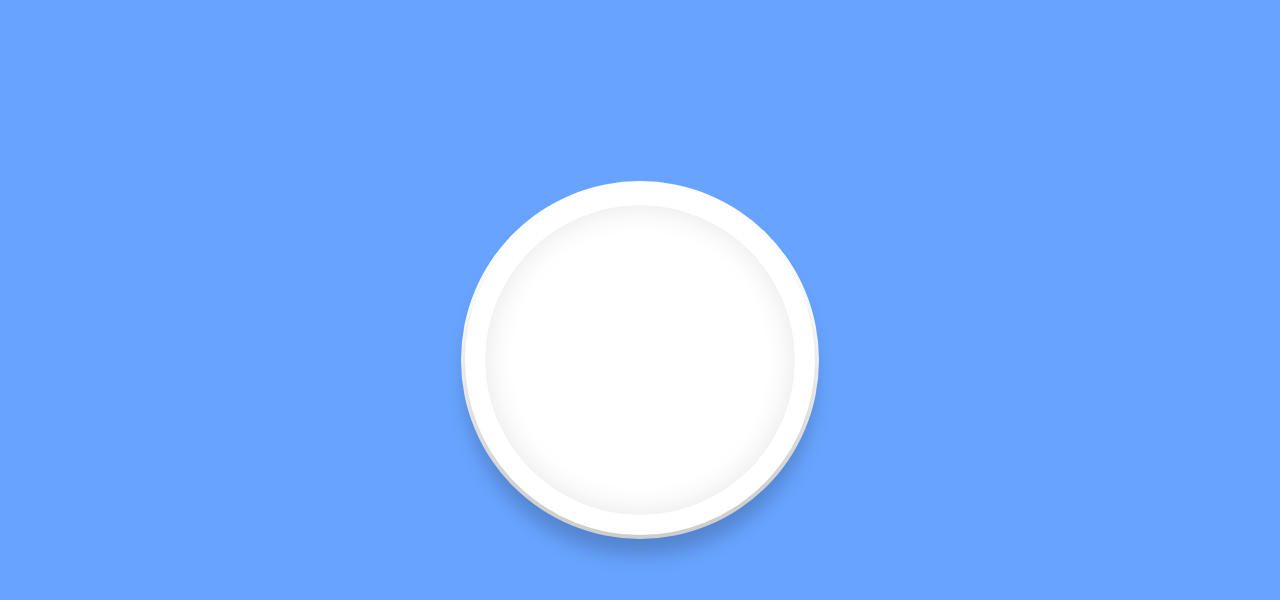
Repository: DaNiels89/analog-clock
Page: index.html
An editor plug-in stored every save of this project. The page is shown before and after the next save, followed by the edit.
The browser window is 1280 px wide. The pictures show the whole page.

Above is the page before, as saved 2020-06-20 11:44:05.

### index.html
<!DOCTYPE html>
<html lang="en">

<head>
    <meta charset="UTF-8">
    <meta name="viewport" content="width=device-width, initial-scale=1.0">
    <title>Analog Clock</title>
    <!-- <link rel="stylesheet" href="css/styles.css"> -->
    <link rel="stylesheet" href="css/lightstyles.css">
</head>

<body>
    <div class="clock">
        <div class="hour">
            <div class="hr" id="hr"></div>
        </div>
        <div class="min">
            <div class="mn" id="mn"></div>
        </div>
        <div class="sec">
            <div class="sc" id="sc"></div>
        </div>
    </div>

    <script src="js/main.js"></script>
</body>

</html>

### css/lightstyles.css
* {
    margin: 0;
    padding: 0;
    box-sizing: border-box;
  }

  body {
    display: flex;
    justify-content: center;
    align-items: center;
    min-height: 100vh;
    background: #68a4ff
  }

  .clock {
    width: 350px;
    height: 350px;
    display: flex;
    justify-content: center;
    align-items: center;
    background: #fff;
    border-radius: 50%;
    border: 20px solid #fff;
    box-shadow: inset 0 0 30px rgba(0,0,0,.1),
                0 20px 20px rgba(0,0,0,.2),
                0 0 0 4px rgba(255,255,255,1);
  }

  /* .clock::before {
    content: "";
    position: absolute;
    width: 15px;
    height: 15px;
    background: #fff;
    border-radius: 50%;
    z-index: 10000;
  }

  .clock .hour,
  .clock .min,
  .clock .sec {
    position: absolute;
  }

  .clock .hour, .hr {
    width: 160px;
    height: 160px;
  }

  .clock .min, .mn {
    width: 190px;
    height: 190px;
  }

  .clock .sec, .sc {
    width: 230px;
    height: 230px;
  }

  .hr, .mn, .sc {
    display: flex;
    justify-content: center;
    position: absolute;
    border-radius: 50%;;
  }

  .hr::before {
    content: "";
    position: absolute;
    width: 8px;
    height: 80px;
    background: #ff105e;
    z-index: 10;
    border-radius: 6px 6px 0 0;
  }

  .mn::before {
    content: "";
    position: absolute;
    width: 4px;
    height: 90px;
    background: #fff;
    z-index: 11;
    border-radius: 6px 6px 0 0;
  }

  .sc::before {
    content: "";
    position: absolute;
    width: 2px;
    height: 150px;
    background: #fff;
    z-index: 12;
    border-radius: 6px 6px 0 0;
  }   */

### js/main.js
const deg = 6
const hr = document.querySelector("#hr")
const mn = document.querySelector("#mn")
const sc = document.querySelector("#sc")

setInterval(() => {
    let day = new Date()
    let hh = day.getHours() * 30
    let mm = day.getMinutes() * deg
    let ss = day.getSeconds() * deg

    hr.style.transform = `rotateZ(${(hh) + (mm / 12)}deg)`
    mn.style.transform = `rotateZ(${(mm)}deg)`
    sc.style.transform = `rotateZ(${(ss)}deg)`
})

After the next save:
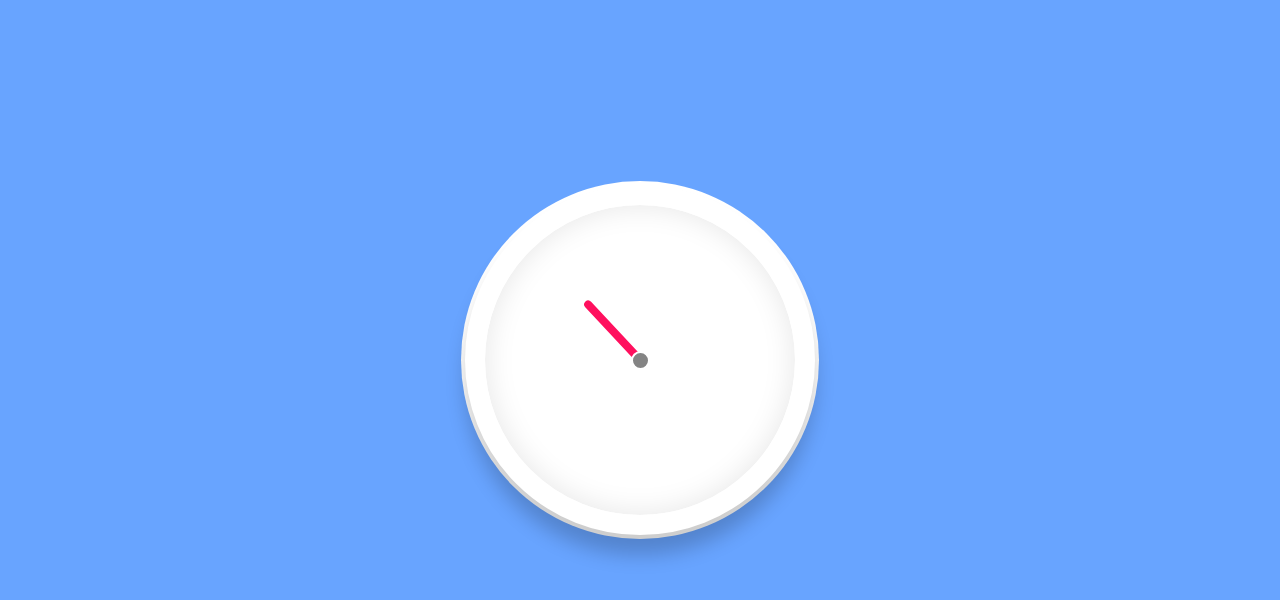
Saved 61 s later.
--- a/css/lightstyles.css
+++ b/css/lightstyles.css
@@ -26,12 +26,13 @@
                 0 0 0 4px rgba(255,255,255,1);
   }
 
-  /* .clock::before {
+  .clock::before {
     content: "";
     position: absolute;
     width: 15px;
     height: 15px;
-    background: #fff;
+    background: #848484;
+    border: 2px solid #fff;
     border-radius: 50%;
     z-index: 10000;
   }
@@ -92,4 +93,4 @@
     background: #fff;
     z-index: 12;
     border-radius: 6px 6px 0 0;
-  }   */
+  }
